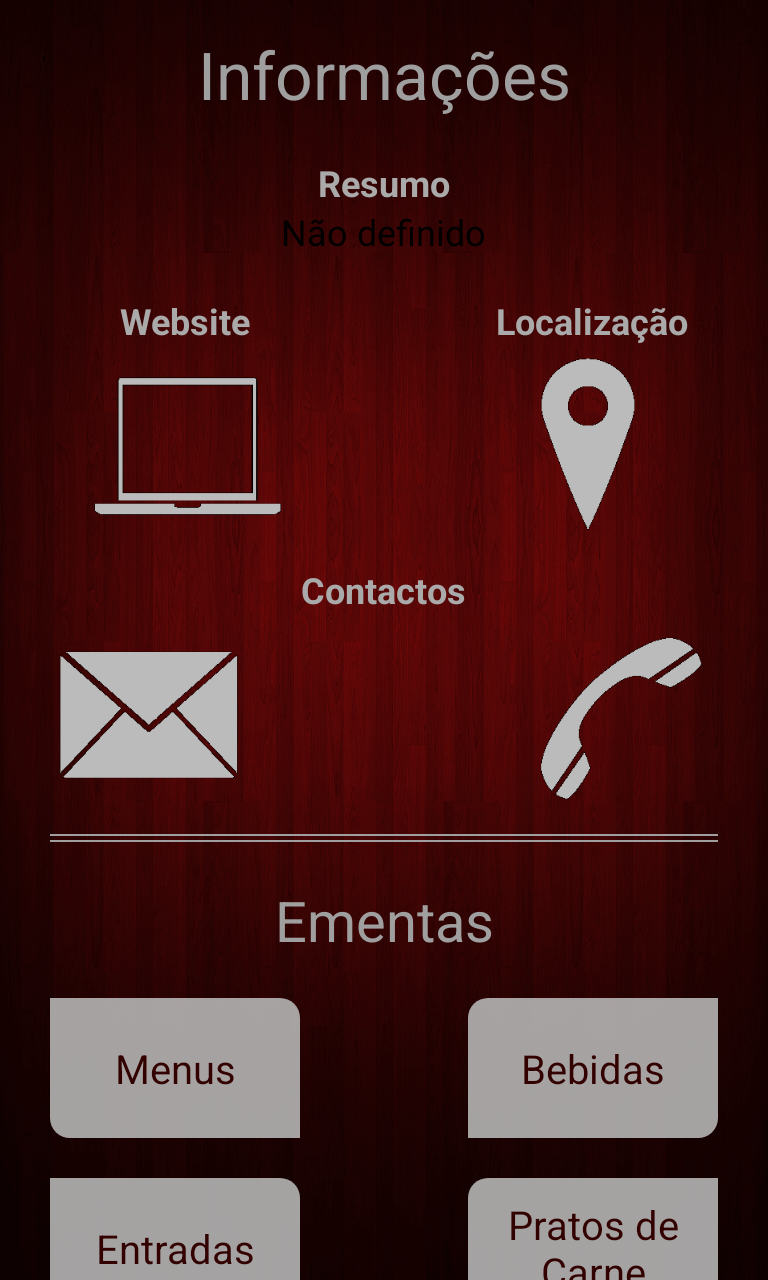
Repository: LuisFilipeDias/eMenu
Layout: SideMenuTutorial/res/layout/fragment.xml
These files come from the project's save history. The layout is drawn as it stood at one moment and after a run of saves; the edit follows.
It is drawn on a 768 x 1280 px phone screen (xhdpi) without system bars, with theme Theme.Sherlock; the app's code is not run.

Above is the layout before, as saved 2013-12-23 22:33:21.

### SideMenuTutorial/res/layout/fragment.xml
<LinearLayout xmlns:android="http://schemas.android.com/apk/res/android"
    xmlns:tools="http://schemas.android.com/tools"
    android:id="@+id/LinearLayout1"
    android:layout_width="match_parent"
    android:layout_height="match_parent"
    android:orientation="vertical"
    android:background="@drawable/back_a"
    tools:context=".MainActivity" >

    <ScrollView
        android:id="@+id/scrollView1"
        android:layout_width="match_parent"
        android:layout_height="match_parent">

	    <RelativeLayout
	        android:layout_width="match_parent"
	        android:layout_height="match_parent"
	        android:layout_marginLeft="25dp"
	        android:layout_marginRight="25dp" >

		    <RelativeLayout
		        android:id="@+id/relative_1"
		        android:layout_width="match_parent"
		        android:layout_height="match_parent"
		        android:layout_alignParentLeft="true"
		        android:layout_alignParentRight="true" >

		   		<TextView
		        	android:id="@+id/info_ttl"
		            android:text="@string/info_ttl"
		            android:textColor="@color/emenu_color"
		            android:layout_width="match_parent"
		            android:layout_height="match_parent"
	            	android:layout_marginTop="15dp"
		            android:textAppearance="?android:attr/textAppearanceLarge"
	            	android:gravity="center_horizontal|center_vertical"
		            android:textSize="33sp"/>

			    <TextView
			        android:id="@+id/resumee_ttl"
			        android:layout_width="wrap_content"
			        android:layout_height="wrap_content"
			        android:layout_below="@+id/info_ttl"
			        android:layout_centerHorizontal="true"
			        android:layout_marginTop="20dp"
			        android:text="@string/resumee_ttl"
			        android:textAppearance="?android:attr/textAppearanceLarge"
			        android:textColor="@android:color/darker_gray"
			        android:textSize="18sp"
			        android:textStyle="bold" />

			    <TextView
			        android:id="@+id/resumee_txt"
			        android:layout_width="wrap_content"
			        android:layout_height="wrap_content"
			        android:layout_below="@+id/resumee_ttl"
			        android:layout_centerHorizontal="true"
			        android:text="@string/resumee_txt"
			        android:textAppearance="?android:attr/textAppearanceLarge"
			        android:textSize="18sp" />

		   		<TextView
		            android:id="@+id/website_ttl"
		            android:text="@string/website_ttl"
		            android:textStyle="bold"
		            android:textColor="@android:color/darker_gray"
		            android:layout_width="wrap_content"
		            android:layout_height="wrap_content"
	            	android:layout_marginTop="20dp"
	            	android:layout_marginLeft="35dp"
	            	android:layout_below="@+id/resumee_txt"
		            android:textAppearance="?android:attr/textAppearanceLarge"
		            android:clickable="true"
		            android:textSize="18sp" />

		   		<Button
		            android:id="@+id/website_txt"
		            android:layout_width="100dp"
		            android:layout_height="100dp"
	            	android:layout_marginLeft="-15dp"
	            	android:layout_below="@+id/website_ttl"
			        android:layout_alignLeft="@+id/website_ttl"
	            	android:background="@drawable/website_clicked"
	            	android:onClick="websiteClicked" />

			   	<TextView
			       	android:id="@+id/location_ttl"
			       	android:layout_width="wrap_content"
			       	android:layout_height="wrap_content"
	               	android:layout_marginTop="20dp"
	               	android:layout_marginRight="15dp"
			       	android:layout_alignParentRight="true"
	            	android:layout_below="@+id/resumee_txt"
			       	android:clickable="true"
			       	android:text="@string/location_ttl"
			       	android:textAppearance="?android:attr/textAppearanceLarge"
			       	android:textColor="@android:color/darker_gray"
			       	android:textSize="18sp"
			       	android:textStyle="bold" />

			   	<Button
			       	android:id="@+id/location_txt"
			       	android:layout_width="100dp"
			       	android:layout_height="100dp"
	               	android:layout_below="@+id/location_ttl"
			       	android:layout_alignRight="@+id/location_ttl"
			       	android:background="@drawable/local_clicked"
			       	android:onClick="locationClicked" />

		   		<TextView
			       	android:id="@+id/contacts_ttl"
			       	android:layout_width="wrap_content"
			       	android:layout_height="wrap_content"
			       	android:layout_below="@+id/location_txt"
			       	android:layout_marginTop="10dp"
			       	android:clickable="true"
			       	android:text="@string/contacts_ttl"
			        android:layout_centerHorizontal="true"
			       	android:textAppearance="?android:attr/textAppearanceLarge"
			       	android:textColor="@android:color/darker_gray"
			       	android:textSize="18sp"
			       	android:textStyle="bold" />

		   		<TextView
		            android:id="@+id/email_txt"
	            	android:background="@drawable/email_clicked"
		            android:layout_width="100dp"
		            android:layout_height="100dp"
	            	android:layout_below="@+id/contacts_ttl"
		            android:clickable="true"
	           	 	android:onClick="emailClicked" />

			   	<TextView
			       	android:id="@+id/phone_txt"
			       	android:background="@drawable/phone_clicked"
			       	android:layout_width="100dp"
			       	android:layout_height="100dp"
	            	android:layout_below="@+id/contacts_ttl"
			       	android:layout_alignParentRight="true"
			       	android:clickable="true"
			       	android:onClick="phoneClicked" />

		    </RelativeLayout>

		        <View
		            android:id="@+id/sep_1"
		            android:background="@color/emenu_color"
		            android:layout_width="fill_parent"
		            android:layout_height="1dp"
		            android:layout_marginTop="10dp"
	            	android:layout_below="@+id/relative_1" />

		        <View
		            android:id="@+id/sep_2"
		            android:background="@color/emenu_color"
		            android:layout_width="fill_parent"
		            android:layout_height="1dp"
		            android:layout_marginBottom="10dp"
		            android:layout_marginTop="2dp"
	            	android:layout_below="@+id/sep_1"/>

		   <TextView
		            android:id="@+id/carte_ttl"
		            android:text="@string/carte_ttl"
		            android:textColor="@color/emenu_color"
		            android:layout_width="match_parent"
		            android:layout_height="match_parent"
	            	android:layout_marginTop="10dp"
		            android:textAppearance="?android:attr/textAppearanceLarge"
	            	android:gravity="center_horizontal|center_vertical"
	            	android:layout_below="@+id/sep_2"
		            android:textSize="28sp" />

	        <TextView
	            android:id="@+id/menu_txt"
	            android:text="@string/menu_txt"
	            android:textColor="@color/brown"
	            android:layout_width="125dp"
	            android:layout_height="70dp"
	            android:layout_marginTop="20dp"
	            android:layout_below="@+id/carte_ttl"
	            android:background="@drawable/left_clicked"
	            android:gravity="center_horizontal|center_vertical"
	            android:textAppearance="?android:attr/textAppearanceLarge"
		        android:clickable="true"
	            android:onClick="menuClicked"
	            android:textSize="20sp" />

	        <TextView
	            android:id="@+id/drinks_txt"
	            android:text="@string/drinks_txt"
	            android:textColor="@color/brown"
	            android:layout_width="125dp"
	            android:layout_height="70dp"
	            android:layout_marginTop="20dp"
	            android:layout_alignBottom="@+id/menu_txt"
	            android:layout_alignParentRight="true"
	            android:background="@drawable/right_clicked"
	            android:gravity="center_horizontal|center_vertical"
	            android:textAppearance="?android:attr/textAppearanceLarge"
	            android:clickable="true"
	            android:onClick="drinksClicked"
	            android:textSize="20sp" />

	        <TextView
	            android:id="@+id/entry_txt"
	            android:text="@string/entry_txt"
	            android:textColor="@color/brown"
	            android:layout_width="125dp"
	            android:layout_height="70dp"
	            android:layout_marginTop="20dp"
	            android:layout_alignParentLeft="true"
	            android:layout_below="@+id/menu_txt"
	            android:background="@drawable/left_clicked"
	            android:gravity="center_horizontal|center_vertical"
	            android:textAppearance="?android:attr/textAppearanceLarge"
	            android:clickable="true"
	            android:onClick="entryClicked"
	            android:textSize="20sp" />

	        <TextView
	            android:id="@+id/meat_txt"
	            android:text="@string/meat_txt"
	            android:textColor="@color/brown"
	            android:layout_width="125dp"
	            android:layout_height="70dp"
	            android:layout_marginTop="20dp"
	            android:layout_alignBottom="@+id/entry_txt"
	            android:layout_alignParentRight="true"
	            android:background="@drawable/right_clicked"
	            android:gravity="center_horizontal|center_vertical"
	            android:textAppearance="?android:attr/textAppearanceLarge"
	            android:clickable="true"
	            android:onClick="meatClicked"
	            android:textSize="20sp" />

	        <TextView
	            android:id="@+id/fish_txt"
	            android:text="@string/fish_txt"
	            android:textColor="@color/brown"
	            android:layout_width="125dp"
	            android:layout_height="70dp"
	            android:layout_below="@+id/meat_txt"
	            android:layout_marginTop="20dp"
	            android:background="@drawable/left_clicked"
	            android:gravity="center_horizontal|center_vertical"
	            android:textAppearance="?android:attr/textAppearanceLarge"
	            android:clickable="true"
	            android:onClick="fishClicked"
	            android:textSize="20sp" />

	        <TextView
	            android:id="@+id/others_txt"
	            android:text="@string/others_txt"
	            android:textColor="@color/brown"
	            android:layout_width="125dp"
	            android:layout_height="70dp"
	            android:layout_marginTop="20dp"
	            android:layout_alignBottom="@+id/fish_txt"
	            android:layout_alignParentRight="true"
	            android:background="@drawable/right_clicked"
	            android:gravity="center_horizontal|center_vertical"
	            android:textAppearance="?android:attr/textAppearanceLarge"
	            android:clickable="true"
	            android:onClick="othersClicked"
	            android:textSize="20sp" />

	        <TextView
	            android:id="@+id/deserts_txt"
	            android:text="@string/deserts_txt"
	            android:textColor="@color/brown"
	            android:layout_width="125dp"
	            android:layout_height="70dp"
	            android:layout_marginTop="20dp"
	            android:layout_below="@+id/others_txt"
	            android:layout_centerHorizontal="true"
	            android:background="@drawable/center_clicked"
	            android:gravity="center_horizontal|center_vertical"
	            android:textAppearance="?android:attr/textAppearanceLarge"
	            android:clickable="true"
	            android:textSize="20sp"
	            android:onClick="desertClicked"
        		android:layout_marginBottom="20dp"/>

		   <View
		        android:id="@+id/sep_3"
		        android:background="@color/emenu_color"
		        android:layout_width="fill_parent"
		        android:layout_height="1dp"
		        android:layout_marginTop="20dp"
	         	android:layout_below="@+id/deserts_txt" />

	    </RelativeLayout>
    </ScrollView>

</LinearLayout>

### SideMenuTutorial/res/values/colors.xml
<?xml version="1.0" encoding="utf-8"?>
<resources>
        <color name="background_color">#888888</color>
        <color name="text_color">#00FFFF</color>
        <color name="random_color">#0000FF</color>
        <color name="light_grey">#EBEBEB</color>
        <color name="medium_grey">#A0A0A0</color>
        <color name="dark_grey">#646464</color>
        <color name="light_red">#FFE2E2</color>
        <color name="medium_red">#FFB4B4</color>
        <color name="light_blue">#E2E2FF</color>
        <color name="medium_blue">#B4B4FF</color>
        <color name="dark_blue">#0000FF</color>
        <color name="light_green">#E2FFE2</color>
        <color name="medium_green">#B4FFB4</color>
        <color name="emenu_color">#9F9F9F</color>
        <color name="light_orange">#FFC983</color>
        <color name="medium_orange">#FFB778</color>
        <color name="light_yellow">#FFFFBF</color>
        <color name="medium_yellow">#FFFFA3</color>
        <color name="white">#FFFFFF</color>
        <color name="top_blue">#3399CC</color>
        <color name="brown">#330000</color>
</resources>

### SideMenuTutorial/res/drawable/website_clicked.xml
<?xml version="1.0" encoding="utf-8"?>
<selector xmlns:android="http://schemas.android.com/apk/res/android">
<!-- Button Focused-->
    <item   android:state_focused="true"
            android:state_pressed="false"
            android:drawable="@drawable/website_click"
            />
<!-- Button Focused Pressed-->
    <item   android:state_focused="true"
            android:state_pressed="true"
            android:drawable="@drawable/website_click"
            />
<!-- Button Pressed-->
    <item   android:state_focused="false"
            android:state_pressed="true"
            android:drawable="@drawable/website_click"
            />
<!-- Button Default Image-->
    <item   android:drawable="@drawable/website"/>

</selector>

### SideMenuTutorial/res/drawable/local_clicked.xml
<?xml version="1.0" encoding="utf-8"?>
<selector xmlns:android="http://schemas.android.com/apk/res/android">
<!-- Button Focused-->
    <item   android:state_focused="true"
            android:state_pressed="false"
            android:drawable="@drawable/local_click"
            />
<!-- Button Focused Pressed-->
    <item   android:state_focused="true"
            android:state_pressed="true"
            android:drawable="@drawable/local_click"
            />
<!-- Button Pressed-->
    <item   android:state_focused="false"
            android:state_pressed="true"
            android:drawable="@drawable/local_click"
            />
<!-- Button Default Image-->
    <item   android:drawable="@drawable/local"/>

</selector>

### SideMenuTutorial/res/drawable/email_clicked.xml
<?xml version="1.0" encoding="utf-8"?>
<selector xmlns:android="http://schemas.android.com/apk/res/android">
<!-- Button Focused-->
    <item   android:state_focused="true"
            android:state_pressed="false"
            android:drawable="@drawable/email_click"
            />
<!-- Button Focused Pressed-->
    <item   android:state_focused="true"
            android:state_pressed="true"
            android:drawable="@drawable/email_click"
            />
<!-- Button Pressed-->
    <item   android:state_focused="false"
            android:state_pressed="true"
            android:drawable="@drawable/email_click"
            />
<!-- Button Default Image-->
    <item   android:drawable="@drawable/email"/>

</selector>

### SideMenuTutorial/res/drawable/phone_clicked.xml
<?xml version="1.0" encoding="utf-8"?>
<selector xmlns:android="http://schemas.android.com/apk/res/android">
<!-- Button Focused-->
    <item   android:state_focused="true"
            android:state_pressed="false"
            android:drawable="@drawable/phone_click"
            />
<!-- Button Focused Pressed-->
    <item   android:state_focused="true"
            android:state_pressed="true"
            android:drawable="@drawable/phone_click"
            />
<!-- Button Pressed-->
    <item   android:state_focused="false"
            android:state_pressed="true"
            android:drawable="@drawable/phone_click"
            />
<!-- Button Default Image-->
    <item   android:drawable="@drawable/phone"/>

</selector>

### SideMenuTutorial/res/drawable/left_clicked.xml
<?xml version="1.0" encoding="utf-8"?>
<selector xmlns:android="http://schemas.android.com/apk/res/android">
<!-- Button Focused-->
    <item   android:state_focused="true"
            android:state_pressed="false"
            android:drawable="@drawable/left_bg"
            />
<!-- Button Focused Pressed-->
    <item   android:state_focused="true"
            android:state_pressed="true"
            android:drawable="@drawable/left_bg"
            />
<!-- Button Pressed-->
    <item   android:state_focused="false"
            android:state_pressed="true"
            android:drawable="@drawable/left_bg"
            />
<!-- Button Default Image-->
    <item   android:drawable="@drawable/left_hover"/>

</selector>

### SideMenuTutorial/res/drawable/right_clicked.xml
<?xml version="1.0" encoding="utf-8"?>
<selector xmlns:android="http://schemas.android.com/apk/res/android">
<!-- Button Focused-->
    <item   android:state_focused="true"
            android:state_pressed="false"
            android:drawable="@drawable/right_bg"
            />
<!-- Button Focused Pressed-->
    <item   android:state_focused="true"
            android:state_pressed="true"
            android:drawable="@drawable/right_bg"
            />
<!-- Button Pressed-->
    <item   android:state_focused="false"
            android:state_pressed="true"
            android:drawable="@drawable/right_bg"
            />
<!-- Button Default Image-->
    <item   android:drawable="@drawable/right_hover"/>

</selector>

### SideMenuTutorial/res/drawable/center_clicked.xml
<?xml version="1.0" encoding="utf-8"?>
<selector xmlns:android="http://schemas.android.com/apk/res/android">
<!-- Button Focused-->
    <item   android:state_focused="true"
            android:state_pressed="false"
            android:drawable="@drawable/center_bg"
            />
<!-- Button Focused Pressed-->
    <item   android:state_focused="true"
            android:state_pressed="true"
            android:drawable="@drawable/center_bg"
            />
<!-- Button Pressed-->
    <item   android:state_focused="false"
            android:state_pressed="true"
            android:drawable="@drawable/center_bg"
            />
<!-- Button Default Image-->
    <item   android:drawable="@drawable/center_hover"/>

</selector>

### SideMenuTutorial/res/drawable/center_bg.xml
<?xml version="1.0" encoding="UTF-8"?>
<shape xmlns:android="http://schemas.android.com/apk/res/android">
<!--this is to give gradient effect -->
<gradient   android:angle="270"
            android:startColor="#FFFFFFFF"
            android:endColor="#FFFFFFFF"
            />
<!-- this is make corners of button rounded -->
<corners    android:topLeftRadius="10dip"
               android:bottomRightRadius="10dip"
               android:topRightRadius="10dip"
               android:bottomLeftRadius="10dip"/>

</shape>

### SideMenuTutorial/res/drawable/center_hover.xml
<?xml version="1.0" encoding="UTF-8"?>
<shape xmlns:android="http://schemas.android.com/apk/res/android">
<!--this is to give gradient effect -->
<gradient   android:angle="270"
               android:startColor="#DDBBBBBB"
               android:endColor="#DDBBBBBB"
               />
<!-- this is make corners of button rounded -->
<corners    android:topLeftRadius="10dip"
               android:bottomRightRadius="10dip"
               android:topRightRadius="10dip"
               android:bottomLeftRadius="10dip"/>

</shape>

### SideMenuTutorial/res/drawable/right_bg.xml
<?xml version="1.0" encoding="UTF-8"?>
<shape xmlns:android="http://schemas.android.com/apk/res/android">
<!--this is to give gradient effect -->
<gradient   android:angle="270"
            android:startColor="#FFFFFFFF"
            android:endColor="#FFFFFFFF"
            />
<!-- this is make corners of button rounded -->
<corners    android:topLeftRadius="10dip"
               android:bottomRightRadius="10dip"
               android:topRightRadius="0dip"
               android:bottomLeftRadius="0dip"/>

</shape>

### SideMenuTutorial/res/drawable/right_hover.xml
<?xml version="1.0" encoding="UTF-8"?>
<shape xmlns:android="http://schemas.android.com/apk/res/android">
<!--this is to give gradient effect -->
<gradient   android:angle="270"
               android:startColor="#DDBBBBBB"
               android:endColor="#DDBBBBBB"
               />
<!-- this is make corners of button rounded -->
<corners    android:topLeftRadius="10dip"
               android:bottomRightRadius="10dip"
               android:topRightRadius="0dip"
               android:bottomLeftRadius="0dip"/>

</shape>

### SideMenuTutorial/res/drawable/left_bg.xml
<?xml version="1.0" encoding="UTF-8"?>
<shape xmlns:android="http://schemas.android.com/apk/res/android">
<!--this is to give gradient effect -->
<gradient   android:angle="270"
            android:startColor="#FFFFFFFF"
            android:endColor="#FFFFFFFF"
            />
<!-- this is make corners of button rounded -->
<corners    android:topLeftRadius="0dip"
               android:bottomRightRadius="0dip"
               android:topRightRadius="10dip"
               android:bottomLeftRadius="10dip"/>

</shape>

### SideMenuTutorial/res/drawable/left_hover.xml
<?xml version="1.0" encoding="UTF-8"?>
<shape xmlns:android="http://schemas.android.com/apk/res/android">
<!--this is to give gradient effect -->
<gradient   android:angle="270"
               android:startColor="#DDBBBBBB"
               android:endColor="#DDBBBBBB"
               />
<!-- this is make corners of button rounded -->
<corners    android:topLeftRadius="0dip"
               android:bottomRightRadius="0dip"
               android:topRightRadius="10dip"
               android:bottomLeftRadius="10dip"/>

</shape>

Loaded but not shown: SideMenuTutorial/res/values/strings.xml (48 lines, source omitted)

After the next 2 saves:
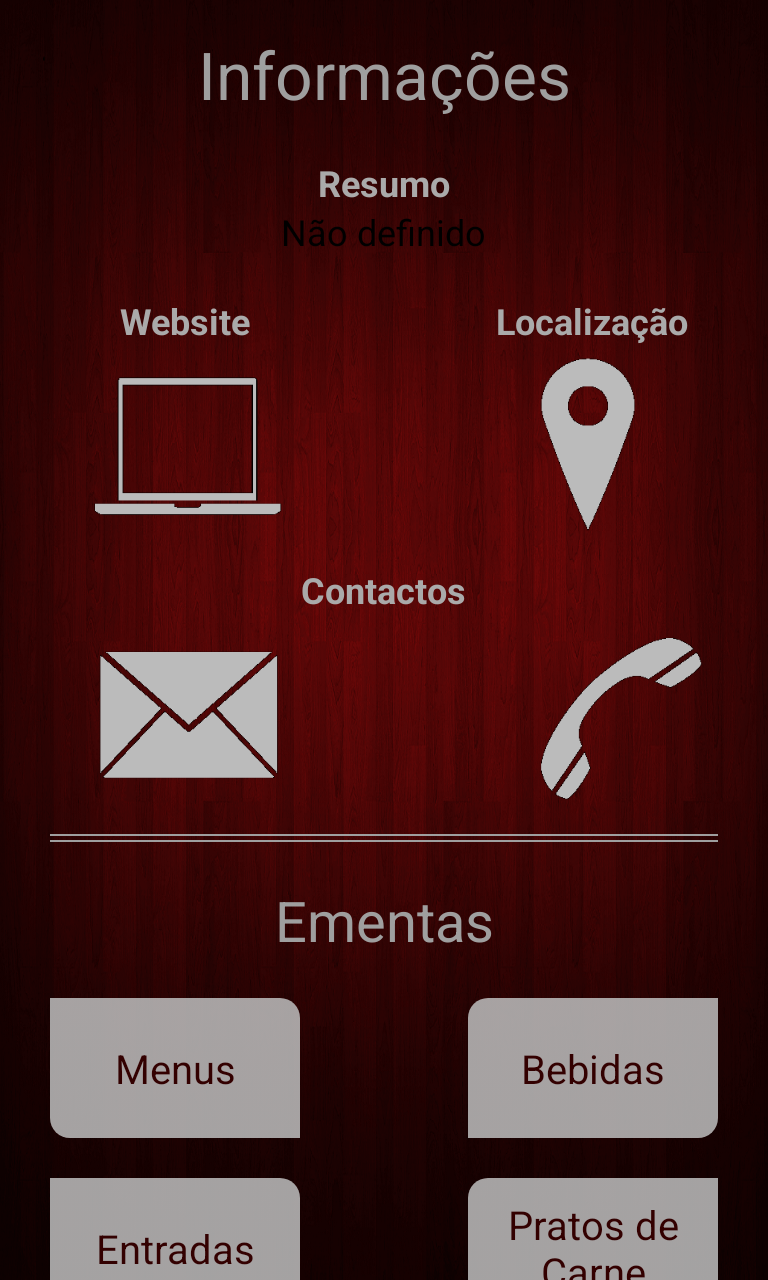
The 2 saves are shown as one change because they came seconds apart.
The last was saved 29 s later.
--- a/SideMenuTutorial/res/layout/fragment.xml
+++ b/SideMenuTutorial/res/layout/fragment.xml
@@ -126,6 +126,7 @@
 	            	android:background="@drawable/email_clicked"
 		            android:layout_width="100dp"
 		            android:layout_height="100dp"
+	            	android:layout_marginLeft="20dp"
 	            	android:layout_below="@+id/contacts_ttl"
 		            android:clickable="true"
 	           	 	android:onClick="emailClicked" />
@@ -135,6 +136,7 @@
 			       	android:background="@drawable/phone_clicked"
 			       	android:layout_width="100dp"
 			       	android:layout_height="100dp"
+	            	android:layout_marginLeft="20dp"
 	            	android:layout_below="@+id/contacts_ttl"
 			       	android:layout_alignParentRight="true"
 			       	android:clickable="true"
